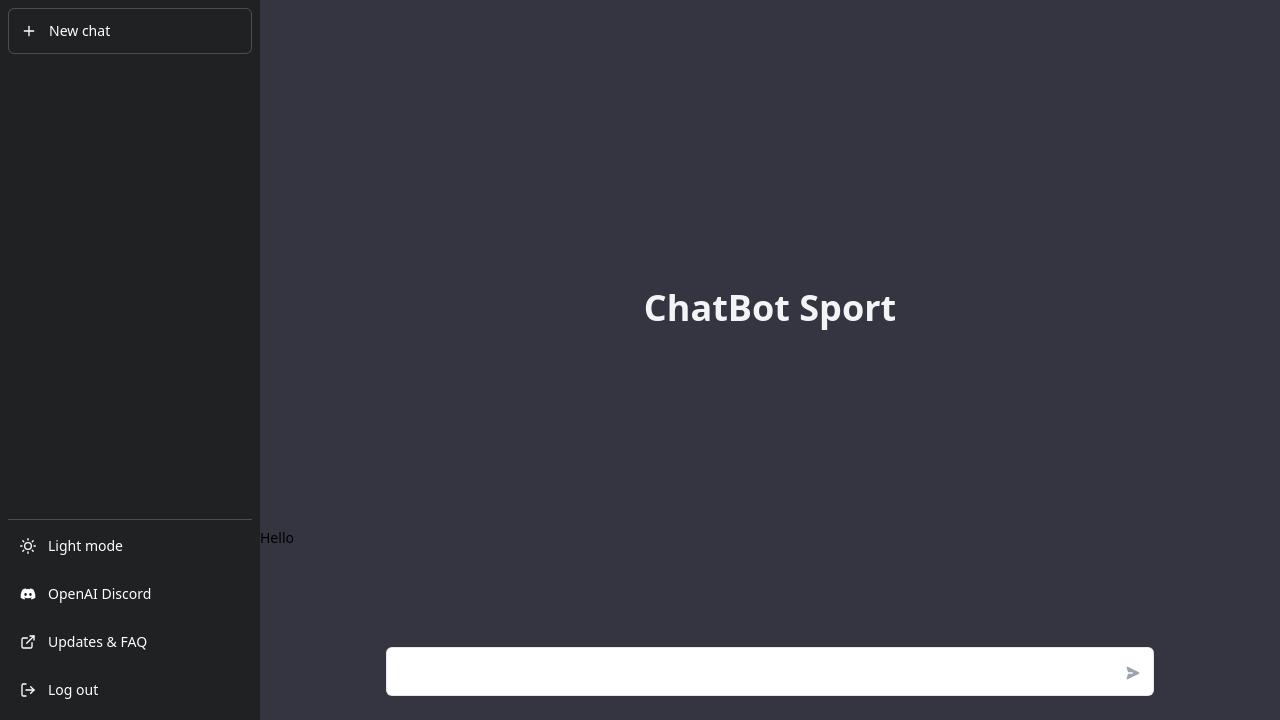
Repository: HaithemBenSlama/chatbot-front
Page: /
An editor plug-in stored every save of this project. The page is shown before and after the next save, followed by the edit.
The browser window is 1280 px wide. The pictures show the whole page.
The project was rebuilt for these pictures with package versions that can differ from the ones it lists, and the page was loaded fresh each time. Also part of the build but not shown: src/constants/svg/lightningChargeIcon.js, src/constants/svg/cautionIcon.js, src/constants/svg/menuIcon.js.

Above is the page before, as saved 2023-05-01 21:06:08.

After the next save:
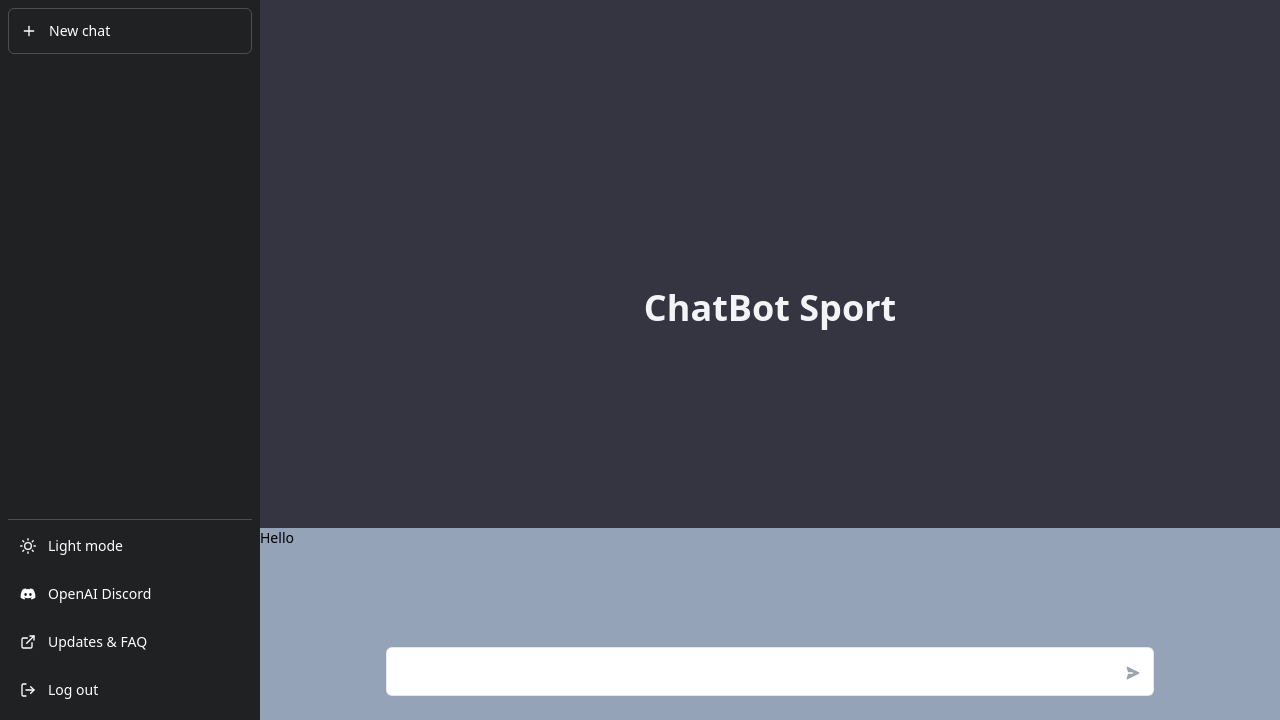
Saved 22 s later.
--- a/src/Components/main/RightSection/index.js
+++ b/src/Components/main/RightSection/index.js
@@ -12,7 +12,7 @@
                 ChatBot Sport
               </h1>
             </div>
-            <div className="w-full h-48 flex-shrink-0">Hello</div>
+            <div className="w-full h-48 flex-shrink-0 bg-slate-400">Hello</div>
           </div>
         </div>
         <Footer />

After the save that followed:
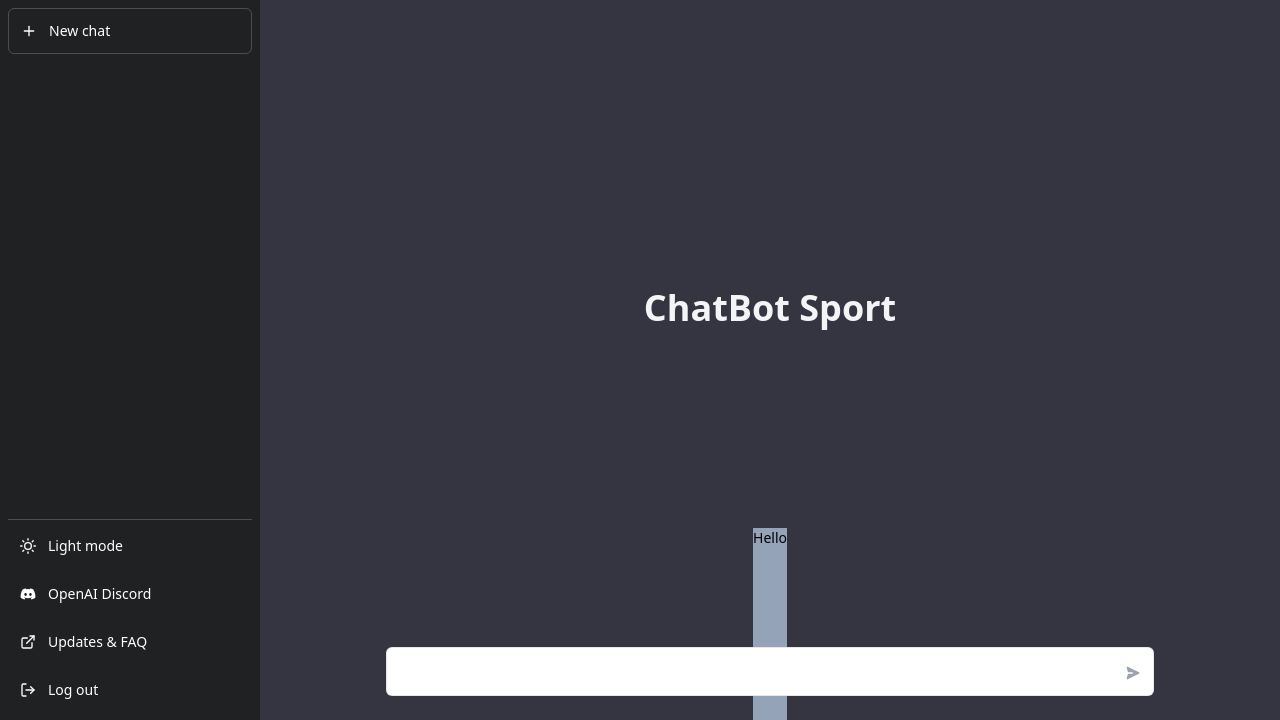
Saved 13 s later.
--- a/src/Components/main/RightSection/index.js
+++ b/src/Components/main/RightSection/index.js
@@ -12,7 +12,7 @@
                 ChatBot Sport
               </h1>
             </div>
-            <div className="w-full h-48 flex-shrink-0 bg-slate-400">Hello</div>
+            <div className="w-fit h-48 flex-shrink-0 bg-slate-400">Hello</div>
           </div>
         </div>
         <Footer />
